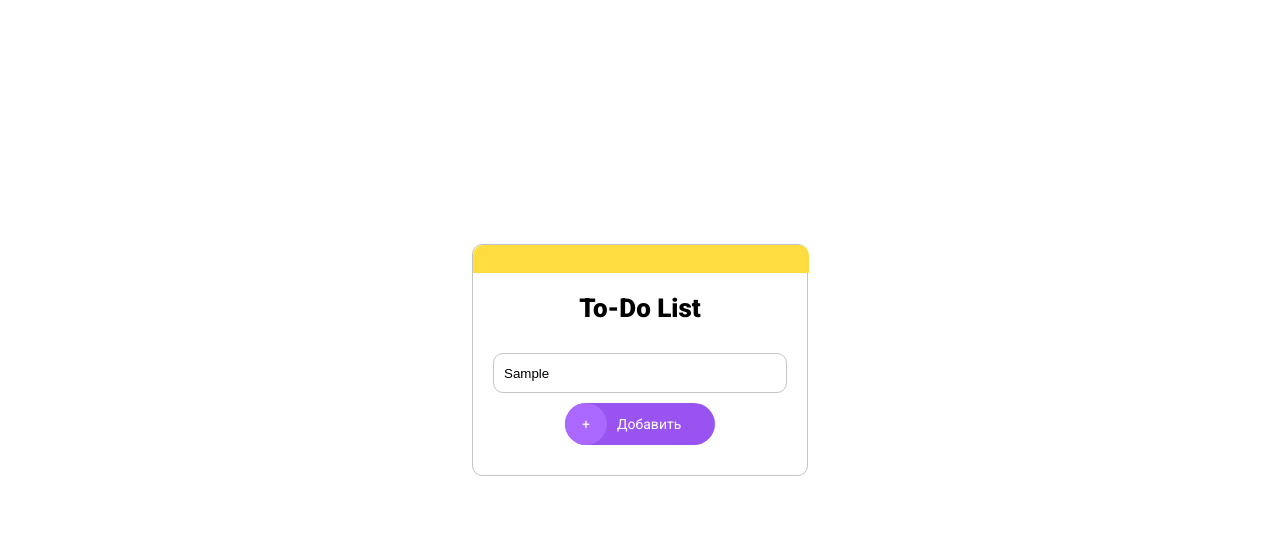
Repository: SabrinaSeydaliyeva/to-do-list
Page: index.html
These files come from the project's save history. The page is drawn as it stood at one moment and after a run of saves; the edit follows.
The browser window is 1280 px wide. The pictures show the whole page.
Empty fields were first filled with sample values (such as "Sample", 5 or name@example.com).
After loading, the first visible `button` was clicked once.
The style sheet was rebuilt from its Sass, Less or Tailwind sources for each picture, by a compiler version that may differ from the author's.

Above is the page before, as saved 2023-09-08 19:42:28.

### index.html
<!DOCTYPE html>
<html lang="en">
  <head>
    <meta charset="UTF-8" />
    <meta http-equiv="X-UA-Compatible" content="IE=edge" />
    <meta name="viewport" content="width=device-width, initial-scale=1.0" />
    <title>To-do-list</title>
    <link rel="stylesheet" href="./index.css" />
  </head>
  <body>
    <div class="container">
      <div class="box">
        <div class="yellow-box"></div>
        <main>
          <form action="">
            <h1>To-Do List</h1>
            <input type="text" placeholder="" />
            <span>fill the data</span>
            <button>
              <div class="circle">+</div>
              <p>Добавить</p>
            </button>



          </form>

          <ul></ul>




          <!-- <ul>
            <li>
              <div>
                <p>Почистить зубы</p>
                <button>x</button>
              </div>
            </li>
            <li>
              <div>
                <p>Купить зубную пасту</p>
                <button>x</button>
              </div>
            </li>
            <li>
              <div>
                <p>Умыться</p>
                <button>x</button>
              </div>
            </li>
            <li>
              <div>
                <p>Выпить кофе</p>
                <button>x</button>
              </div>
            </li>
          </ul> -->
        </main>
      </div>
    </div>
  </body>
  <script src="./index.js"></script>
</html>

### index.js
let ul = document.querySelector("ul");
let btn = document.querySelector("button");
let input = document.querySelector("input");
let errorMsj=document.querySelector("span")

btn.addEventListener("click", addList);


function addList(e) {
  e.preventDefault();
  if (input.value) {
    errorMsj.style.display="none"
    ul.style
    ul.innerHTML += `

  <li>
    <div>
      <p>${input.value}</p>
      <button>
      <svg xmlns="http://www.w3.org/2000/svg" width="20" height="20" viewBox="0 0 20 20" fill="none">
<rect x="0.5" y="0.5" width="19" height="19" rx="9.5" stroke="#C4C4C4"/>
<path d="M6 6L14 14" stroke="#C4C4C4"/>
<path d="M6 14L14 6" stroke="#C4C4C4"/>
</svg>
      </button>
    </div>
  </li>

  `;
  } else {

    errorMsj.style.display="block"
  }

  console.log(input.value);

}

### index.scss
@import url("https://fonts.googleapis.com/css2?family=Roboto:wght@400;900&display=swap");

* {
  margin: 0;
  padding: 0;
  box-sizing: border-box;
}

.container {
  width: 100%;
  min-height: 100vh;
  display: flex;
  justify-content: center;
  align-items: center;

  .box {
    width: 336px;
    border-radius: 10px;
    border: 1px solid #c4c4c4;
    background: rgba(196, 196, 196, 0);

    .yellow-box {
      width: 336px;
      height: 28px;
      background-color: #ffdc40;
      border-top-left-radius: 10px;
      border-top-right-radius: 10px;
    }

    main {
      padding: 20px 20px;

      h1 {
        color: #000;
        text-align: center;
        font-family: Roboto;
        font-size: 26px;
        font-style: normal;
        font-weight: 900;
        line-height: normal;
        text-transform: capitalize;
      }

      form {
        width: 100%;
        display: flex;
        flex-direction: column;
        align-items: center;

        input {
          padding: 0 10px;
          margin-top: 30px;
          margin-bottom: 10px;
          width: 100%;
          height: 40px;
          border-radius: 10px;
          border: 1px solid #c4c4c4;
          background: rgba(196, 196, 196, 0);
        }

        span {
          margin-bottom: 10px;
          color: red;
          display: none;
        }

        button {
          margin-bottom: 10px;
          width: 150px;
          height: 42px;
          display: flex;
          align-items: center;
          border-radius: 72px;
          border: none;
          background-color: #9953f1;

          .circle {
            width: 42px;
            height: 42px;
            border-radius: 50%;
            display: flex;
            justify-content: center;
            align-items: center;
            background-color: #aa68fe;
            color: #fff;
            text-align: center;
            font-family: Roboto;
            font-size: 14px;
            font-style: normal;
            font-weight: 400;
            line-height: normal;
          }

          p {
            margin-left: 10px;
            color: #fff;
            text-align: center;
            font-family: Roboto;
            font-size: 14px;
            font-style: normal;
            font-weight: 400;
            line-height: normal;
          }
        }
      }

      ul {
        width: 286px;
        border-radius: 10px;
        background: rgba(196, 196, 196, 0);
        border: 1px solid #c4c4c4;
        display: none;

        li {
          list-style-type: none;

          div {
            display: flex;
            padding: 12px 30px 12px 27px;
            align-items: center;
            justify-content: space-between;

            p {
              color: #000;
              font-family: Roboto;
              font-size: 14px;
              font-style: normal;
              font-weight: 400;
              line-height: normal;
            }

            button {
              width: 20px;
              height: 20px;
              border: none;
              background: none;
              cursor: pointer;
            }
          }
        }
      }
    }
  }
}

After the next 2 saves:
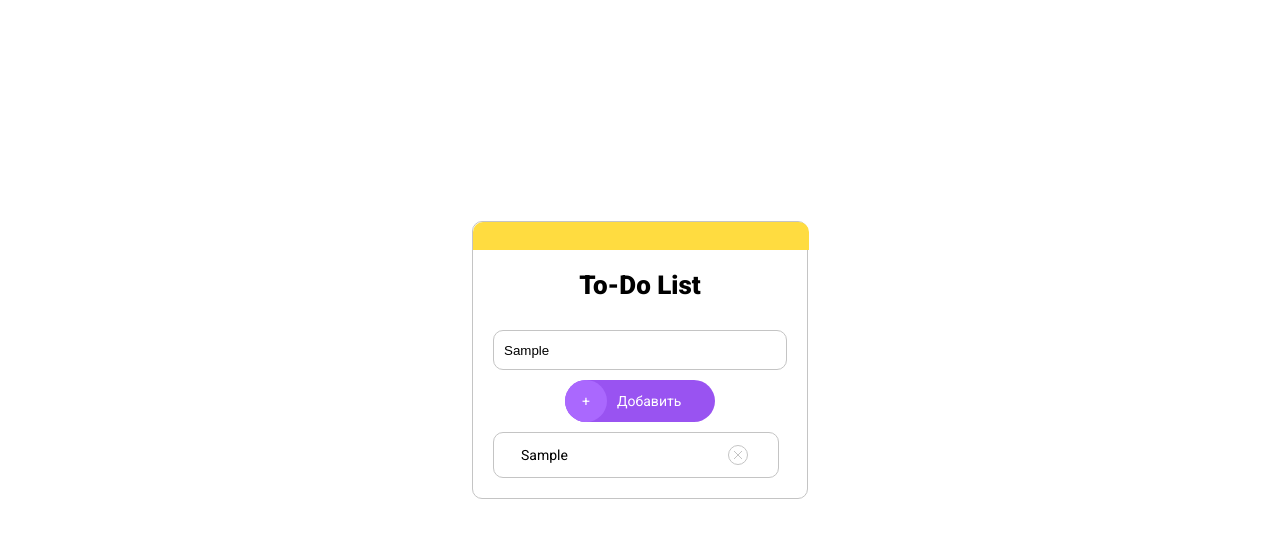
The 2 saves are shown as one change because they came seconds apart.
The last was saved 6 s later.
--- a/index.js
+++ b/index.js
@@ -10,7 +10,7 @@ function addList(e) {
   e.preventDefault();
   if (input.value) {
     errorMsj.style.display="none"
-    ul.style
+    ul.style.display='block'
     ul.innerHTML += `
 
   <li>
